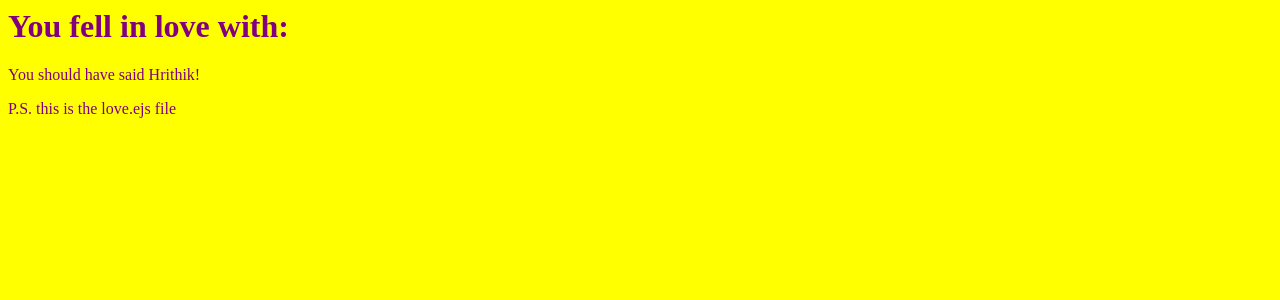
Repository: desamsetti/WebDevelopment
Page: MoreExpress/EJSDemo/views/love.ejs
The author's editor kept a record of every edit. The page is drawn from the files as they stood at one moment, then again after the next edit.
The browser window is 1280 px wide. The pictures show the whole page.
The page is served by the project's Node server (MoreExpress/EJSDemo/app.js). The template is opened directly, without the code that normally fills it, so the values that code supplies are empty.

Above is the page before.

### webdevbootcamp/workspace/MoreExpress/EJSDemo/views/love.ejs
<link rel="stylesheet" href="app.css">


<h1>You fell in love with: <%= thingVar.toUpperCase() %></h1>


<% if(thingVar.toLowerCase() === "hrithik"){ %>
    <p>GOOD CHOICE! HRITHIK IS THE BEST</p>
<% } else {%>
    <p>You should have said Hrithik!</p>
<% } %>


<p>P.S. this is the love.ejs file</p>

### webdevbootcamp/workspace/MoreExpress/EJSDemo/app.js
var express = require("express");
var app = express();

app.use(express.static("public"));

app.set("view engine","ejs");


//var app = require("express")();

app.get("/",function(req,res){
    res.render("home");
})


app.get("/fallinlovewith/:thing",function(req,res){
    var thing = req.params.thing;
    //res.send("You fell in love with "+thing);
    res.render("love",{thingVar: thing})
})


app.get("/posts",function(req,res){
    var posts = [
        {title:"Post 1",author:"Susy"},
        {title:"My adorable pet",author:"Charlie"},
        {title:"Can you believe hrithik",author:"Colt"}
        ];

        res.render("posts",{posts:posts})
})


app.listen(process.env.PORT, process.env.IP,function(){
    console.log("Server is listening!!!!");
});

### webdevbootcamp/workspace/MoreExpress/EJSDemo/public/app.css
body{
    background: yellow;
    color: purple;
}

After the next edit:
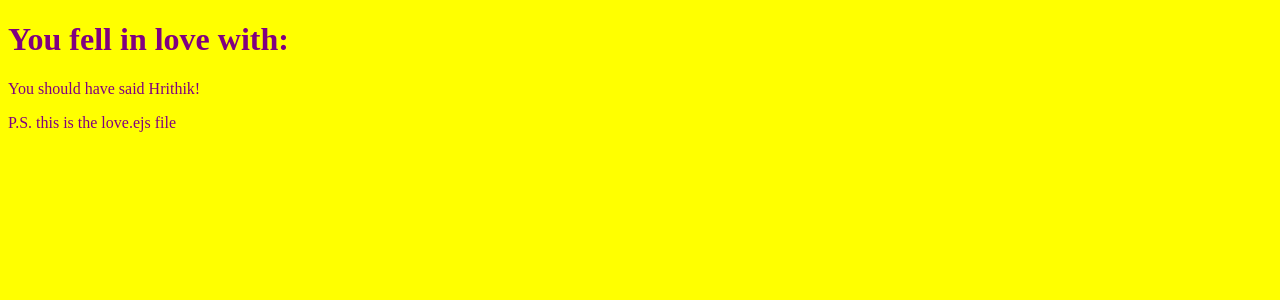
The edit:
--- a/webdevbootcamp/workspace/MoreExpress/EJSDemo/views/love.ejs
+++ b/webdevbootcamp/workspace/MoreExpress/EJSDemo/views/love.ejs
@@ -1,3 +1,12 @@
+<!DOCTYPE html>
+<html>
+    <head>
+        <title>Demo App</title>
+        <link rel="stylesheet" href="app.css">
+    </head>
+
+
+
 <link rel="stylesheet" href="app.css">
 
 
